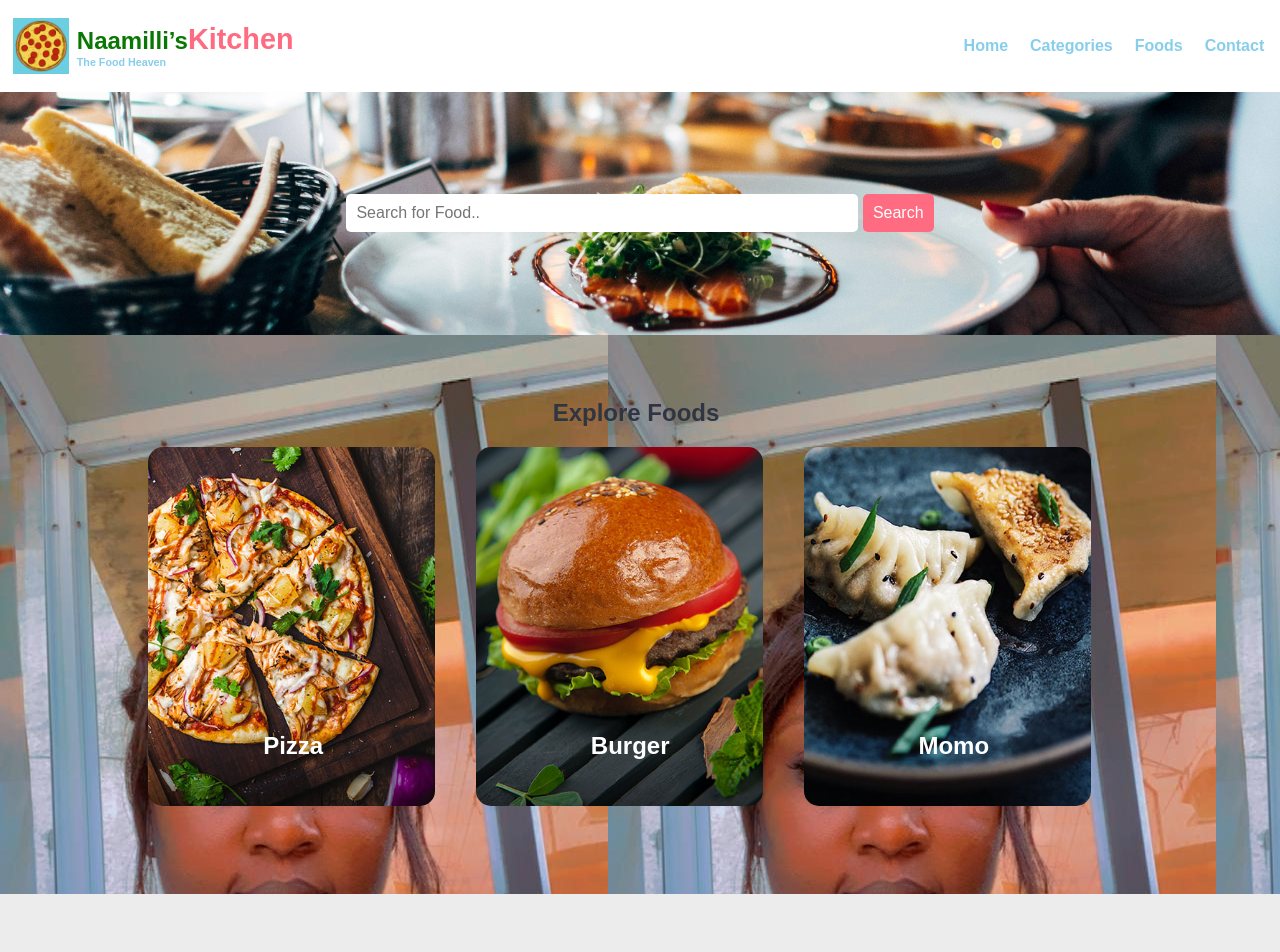
Repository: Saviour-Dagadu/Naamilli
Page: index.html
The author's editor kept a copy of each file at every save. The page is drawn from the files as they stood at one save, then again after the next save.
The browser window is 1280 px wide. The pictures show the part of the page from y = 0 to 952 px (the page is 2117 px tall).
A picture or video elsewhere on the page could not be fetched, so the positions and the page height are approximate.

Above is the page before, as saved 2024-12-03 18:03:10.

### index.html
<!DOCTYPE html>
<html lang="en">
<head>
    <meta charset="UTF-8">
    <!-- Important to make website responsive -->
    <meta name="viewport" content="width=device-width, initial-scale=1.0">
    <title>Restaurant Website</title>

    <!-- Link our CSS file -->
    <link rel="stylesheet" type="text/css" href="css/style.css">
</head>

<body>
    <!-- Navbar Section Starts Here -->
	<section class="navbar" style="display: flex; align-items: center; justify-content: space-between;">
        <div class="container" style="display: flex; width: 100%; justify-content: space-between; align-items: center;">
            <div class="logo" style="display: flex; align-items: center;">
                <a href="index.html" title="Logo" style="display: flex; align-items: center;">
                    <img src="images/giphy.gif" alt="" style="
                        width: 3.5rem; /* Adjust size to be similar to nav image */
                        height: 3.5rem; /* Adjust size to be similar to nav image */
                        margin-right: 0.5rem;">
                    <div>
                        <h2 style="margin: 0;">Naamilli’s<span>Kitchen</span></h2>
                        <h6 style="margin: 0;"><span>The Food Heaven</span></h6>
                    </div>
                </a>
            </div>

            <div class="menu text-right">
                <ul style="list-style: none; margin: 0; padding: 0; display: flex; justify-content: flex-end;">
                    <li style="margin-left: 1rem;">
                        <a href="index.html">Home</a>
                    </li>
                    <li style="margin-left: 1rem;">
                        <a href="categories.html">Categories</a>
                    </li>
                    <li style="margin-left: 1rem;">
                        <a href="foods.html">Foods</a>
                    </li>
                    <li style="margin-left: 1rem;">
                        <a href="contact.html">Contact</a>
                    </li>
                </ul>
            </div>
        </div>

        <div class="clearfix"></div>
    </section>

    <!-- Navbar Section Ends Here -->

    <!-- fOOD sEARCH Section Starts Here -->
    <section class="food-search text-center">
        <div class="container">

            <form action="underConstruction.html" method="POST">
                <input type="search" name="search" placeholder="Search for Food.." required>
                <input type="submit" name="submit" value="Search" class="btn btn-primary">
            </form>

        </div>
    </section>
    <!-- fOOD sEARCH Section Ends Here -->

    <!-- CAtegories Section Starts Here -->
    <section class="categories">
        <div class="container">
            <h2 class="text-center">Explore Foods</h2>

            <a href="category-foods.html">
            <div class="box-3 float-container">
                <img src="images/pizza.jpg" alt="Pizza" class="img-responsive img-curve">

                <h3 class="float-text text-white">Pizza</h3>
            </div>
            </a>

            <a href="#">
            <div class="box-3 float-container">
                <img src="images/burger.jpg" alt="Burger" class="img-responsive img-curve">

                <h3 class="float-text text-white">Burger</h3>
            </div>
            </a>

            <a href="#">
            <div class="box-3 float-container">
                <img src="images/momo.jpg" alt="Momo" class="img-responsive img-curve">

                <h3 class="float-text text-white">Momo</h3>
            </div>
            </a>

            <div class="clearfix"></div>
        </div>
    </section>
    <!-- Categories Section Ends Here -->

    <!-- fOOD MEnu Section Starts Here -->
    <section class="food-menu">
        <div class="container">
            <h2 class="text-center">Food Menu</h2>

            <div class="food-menu-box">
                <div class="food-menu-img">
                    <img src="images/menu-pizza.jpg" alt="Chicke Hawain Pizza" class="img-responsive img-curve">
                </div>

                <div class="food-menu-desc">
                    <h4>Pizza</h4>
                    <p class="food-price">Ghc 50</p>
                    <p class="food-detail">
                        Made with Italian Sauce, Chicken, and organice vegetables.
                    </p>
                    <br>

                    <a href="order.html" class="btn btn-primary">Order Now</a>
                </div>
            </div>

            <div class="food-menu-box">
                <div class="food-menu-img">
                    <img src="images/menu-burger.jpg" alt="Chicke Hawain Pizza" class="img-responsive img-curve">
                </div>

                <div class="food-menu-desc">
                    <h4>Smoky Burger</h4>
                    <p class="food-price">Ghc 20</p>
                    <p class="food-detail">
                        Made with Italian Sauce, Chicken, and organice vegetables.
                    </p>
                    <br>

                    <a href="#" class="btn btn-primary">Order Now</a>
                </div>
            </div>

            <div class="food-menu-box">
                <div class="food-menu-img">
                    <img src="images/menu-burger.jpg" alt="Chicke Hawain Burger" class="img-responsive img-curve">
                </div>

                <div class="food-menu-desc">
                    <h4>Nice Burger</h4>
                    <p class="food-price">Ghc 20</p>
                    <p class="food-detail">
                        Made with Italian Sauce, Chicken, and organize vegetables.
                    </p>
                    <br>

                    <a href="#" class="btn btn-primary">Order Now</a>
                </div>
            </div>



            <!-- <div class="food-menu-box">
                <div class="food-menu-img">
                    <img src="images/menu-pizza.jpg" alt="Chicke Hawain Pizza" class="img-responsive img-curve">
                </div>

                <div class="food-menu-desc">
                    <h4>Food Title</h4>
                    <p class="food-price">$2.3</p>
                    <p class="food-detail">
                        Made with Italian Sauce, Chicken, and organice vegetables.
                    </p>
                    <br>

                    <a href="#" class="btn btn-primary">Order Now</a>
                </div>
            </div> -->

            <div class="food-menu-box">
                <div class="food-menu-img">
                    <img src="images/menu-momo.jpg" alt="Chicke Hawain Momo" class="img-responsive img-curve">
                </div>

                <div class="food-menu-desc">
                    <h4>Chicken Steam Momo</h4>
                    <p class="food-price">Ghc 50</p>
                    <p class="food-detail">
                        Made with Italian Sauce, Chicken, and organice vegetables.
                    </p>
                    <br>

                    <a href="#" class="btn btn-primary">Order Now</a>
                </div>
            </div>


            <div class="clearfix"></div>



        </div>

        <p class="text-center">
            <a href="#">See All Foods</a>
        </p>
    </section>
    <!-- fOOD Menu Section Ends Here -->

    <!-- social Section Starts Here -->
<section class="social">
	<div class="container text-center">
		<ul>
			<li>
				<a href="https://www.facebook.com/saviou/"><img src="https://img.icons8.com/fluent/50/000000/facebook-new.png"/></a>
			</li>
			<li>
				<a href="https://www.instagram.com/saviour_dagadu/"><img src="https://img.icons8.com/fluent/48/000000/instagram-new.png"/></a>
			</li>
			<li>
				<a href="https://twitter.com/savicode"><img src="https://img.icons8.com/fluent/48/000000/twitter.png"/></a>
			</li>
		</ul>
	</div>
</section>
<!-- social Section Ends Here -->

<!-- footer Section Starts Here -->
<section class="footer">
	<div class="container text-center">
		<p>All rights reserved. Designed By <a href="https://saviourdagadu.netlify.app/">Saviour Dagadu</a></p>
	</div>
</section>
<!-- footer Section Ends Here -->

</body>
</html>

### css/style.css
/*
    Author: Vijay Thapa;
    Theme: Restaurant Food Order;
    version: 1.0;
*/

/* CSS for All */
*{
    margin: 0 0;
    padding: 0 0;
    font-family: Arial, Helvetica, sans-serif;
}
.container{
    width: 80%;
    margin: 0 auto;
    padding: 1%;
}
.img-responsive{
    width: 100%;
}
.img-curve{
    border-radius: 15px;
}

.text-right{
    text-align: right;
}
.text-center{
    text-align: center;
}
.text-left{
    text-align: left;
}
.text-white{
    color: white;
}

.clearfix{
    clear: both;
    float: none;
}

a{
    color: skyblue;
    text-decoration: none;
}
a:hover{
    color: #ff6b81;
}

.btn{
    padding: 1%;
    border: none;
    font-size: 1rem;
    border-radius: 5px;
}
.btn-primary{
    background-color: #ff6b81;
    color: white;
    cursor: pointer;
}
.btn-primary:hover{
    color: white;
    background-color: #ff4757;
}
h2{
    color: #2f3542;
    font-size: 2rem;
    margin-bottom: 2%;
}
h3{
    font-size: 1.5rem;
}
.float-container{
    position: relative;
}
.float-text{
    position: absolute;
    bottom: 50px;
    left: 40%;
}
fieldset{
    border: 1px solid white;
    margin: 5%;
    padding: 3%;
    border-radius: 5px;
}


/* CSSS for navbar section */

.logo{
    width: 10%;
    float: left;
}
.logo h2{
    color: rgb(10, 119, 5);
}
.logo h2:hover{
    color: rgb(10, 119, 5);
    font-style: italic;
}
.logo h2 span{
    color: #ff6b81;
    font-size: larger;
    font-weight:bolder;
}
.logo h2 span:hover{
    color: #ff4757;
    font-size: larger;
    font-weight:bolder;
}
.menu{
    line-height: 60px;
}
.menu ul{
    list-style-type: none;
}

.menu ul li{
    display: inline;
    padding: 1%;
    font-weight: bold;
}


/* CSS for Food SEarch Section */

.food-search{
    background-image: url(../images/jay-wennington-N_Y88TWmGwA-unsplash.jpg);
    background-size: cover;
    background-repeat: no-repeat;
    background-position: center;
    padding: 7% 0;
}

.food-search input[type="search"]{
    width: 50%;
    padding: 1%;
    font-size: 1rem;
    border: none;
    border-radius: 5px;
}


/* CSS for Categories */
.categories{
    padding: 4% 0;
    background-image: url(../images/Naamilli.jpg);
}

.box-3{
    width: 28%;
    float: left;
    margin: 2%;
}


/* CSS for Food Menu */
.food-menu{
    background-color: #ececec;
    padding: 4% 0;
}
.food-menu-box{
    width: 43%;
    margin: 1%;
    padding: 2%;
    float: left;
    background-color: white;
    border-radius: 15px;
}

.food-menu-img{
    width: 20%;
    float: left;
}

.food-menu-desc{
    width: 70%;
    float: left;
    margin-left: 8%;
}

.food-price{
    font-size: 1.2rem;
    margin: 2% 0;
}
.food-detail{
    font-size: 1rem;
    color: #747d8c;
}


/* CSS for Social */
.social ul{
    list-style-type: none;
}
.social ul li{
    display: inline;
    padding: 1%;
}

/* for Order Section */
.order{
    width: 50%;
    margin: 0 auto;
}
.input-responsive{
    width: 96%;
    padding: 1%;
    margin-bottom: 3%;
    border: none;
    border-radius: 5px;
    font-size: 1rem;
}
.order-label{
    margin-bottom: 1%;
    font-weight: bold;
}

/* Contact Section*/

#info{
    padding: 30px 0;
}

#info .container{
     display: flex;
}

#info .info{
    width: 28%;
    height: 300px;
    border-radius: 10px;
    overflow: hidden;

}

#info .info-text{
    border: 1px solid lightgray;
    padding: 10px;
}

#info .info-text h4{
    margin: 5px;
}

#info .info-text .info-text-call{
    margin-bottom: 20px;
}

#info .info-image{
margin-right: 10px;
overflow: hidden;
box-shadow: 0 0 5px #333;
transform: scale (1.04);
transition: all .4s ease-in-out;
}

#info .info-image:hover{
transform: translateY(-15px) scale(1.1);
box-shadow: 0 0 10px #333;
}
#info .info-image img{
max-width: 100%;
height: auto
}

#info .info-image:hover .info-image img{
opacity: 1;
}

       /* message Section */
#message{
    padding: 30px 0;
    background-color: lightgray;
}

#message .message-top{
    text-align: center;
    margin-bottom: 20px;
}

#message .message-top h3{
    text-transform: uppercase;
    margin: 0;
}

#message .message-top h3::after{
    content: "";
    display: block;
    width: 50px;
    height: 3px;
    background-color: gray;
    margin: 10px auto 0;
}

#message .message-bottom{
    color: black;
}

#message .message-bottom label{
    display: block;
    font-size: 17px;
    font-weight: 500;
    margin-bottom: 5px;
}

#message .message-bottom .form-group{
    margin-bottom: 10px;
}

#message .message-bottom .input{
    display: block;
    height: 40px;
    border-radius: 5px;
    border: 1px solid brown;
    padding-left: 10px;
    padding-right: 10px;
    width: 100%;
    font-size: 15px;
    font-family: 'Segoe UI', Tahoma, Geneva, Verdana, Sans-serif;
}

#message .message-bottom input,
#message .message-bottom textarea,
#message .message-bottom button{
    outline: none;
}

#message  textarea{
    width: 100%;
    height: 200px;
    border-radius: 5px;
    border: 1px solid brown;
    background-color: white;
    padding: 5px 10px;
    font: 15px 'Segoe UI', Tahoma, Geneva, Verdana, Sans-serif;
}

.navbar-brand {
    display: flex;
    align-items: center; /* Align items horizontally in the center */
    text-decoration: none; /* Removes default underline from the link */
    color: #333; /* Adjust text color as needed */
    /* background-image: url('../images/apple.gif'); Replace with the path to your image */
    background-size: cover;                          /* Ensures the image covers the entire div */
    background-position: center;                     /* Centers the image within the div */
    background-repeat: no-repeat;
}
.navbar-brand h2 {
    margin: 0;               /* Removes default margin */
    font-size: 2.5rem;
}

.navbar-brand h2 span{
    color: skyblue;
}

.navbar-brand i {
    display: block;          /* Ensures the i element is on a new line */
    margin: 0;               /* Removes default margin */
    font-size: 0.8rem;       /* Makes the text smaller */
    color: black;
}

.logo-img {
    width: 3.5rem; /* Adjust size as needed */
    height: 3.5rem; /* Adjust size as needed */
    margin-right: 0.5rem; /* Space between image and text */
}

.text-content {
    display: flex;
    flex-direction: column; /* Stack text elements vertically */
    justify-content: center; /* Center text vertically within container */
}

h2 {
    margin: 0; /* Remove default margin */
    font-size: 1.5rem; /* Adjust font size as needed */
    font-weight: bold;
    margin-right: 0.5rem; /* Space between h2 and h6 */
}



/* #message .message-bottom .btn{
    padding: 10px 20px;
    background-color: brown;
    text-transform: uppercase;
    font: 15px 'Segoe UI', Tahoma, Geneva, Verdana, Sans-serif;
    border: none;
    border-radius: 5px;
    font-weight: 500;
    color: #fff;
    cursor: pointer;
} */


/* CSS for Mobile Size or Smaller Screen */

@media only screen and (max-width:768px){
    .logo{
        width: 80%;
        float: none;
        margin: 1% auto;
    }

    .menu ul{
        text-align: center;
    }

    .food-search input[type="search"]{
        width: 90%;
        padding: 2%;
        margin-bottom: 3%;
    }

    .btn{
        width: 91%;
        padding: 2%;
    }

    .food-search{
        padding: 10% 0;
    }

    .categories{
        padding: 20% 0;
    }
    h2{
        margin-bottom: 10%;
    }
    .box-3{
        width: 100%;
        margin: 4% auto;
    }

    .food-menu{
        padding: 20% 0;
    }

    .food-menu-box{
        width: 90%;
        padding: 5%;
        margin-bottom: 5%;
    }
    .social{
        padding: 5% 0;
    }
    .order{
        width: 100%;
    }
}

After the next save:
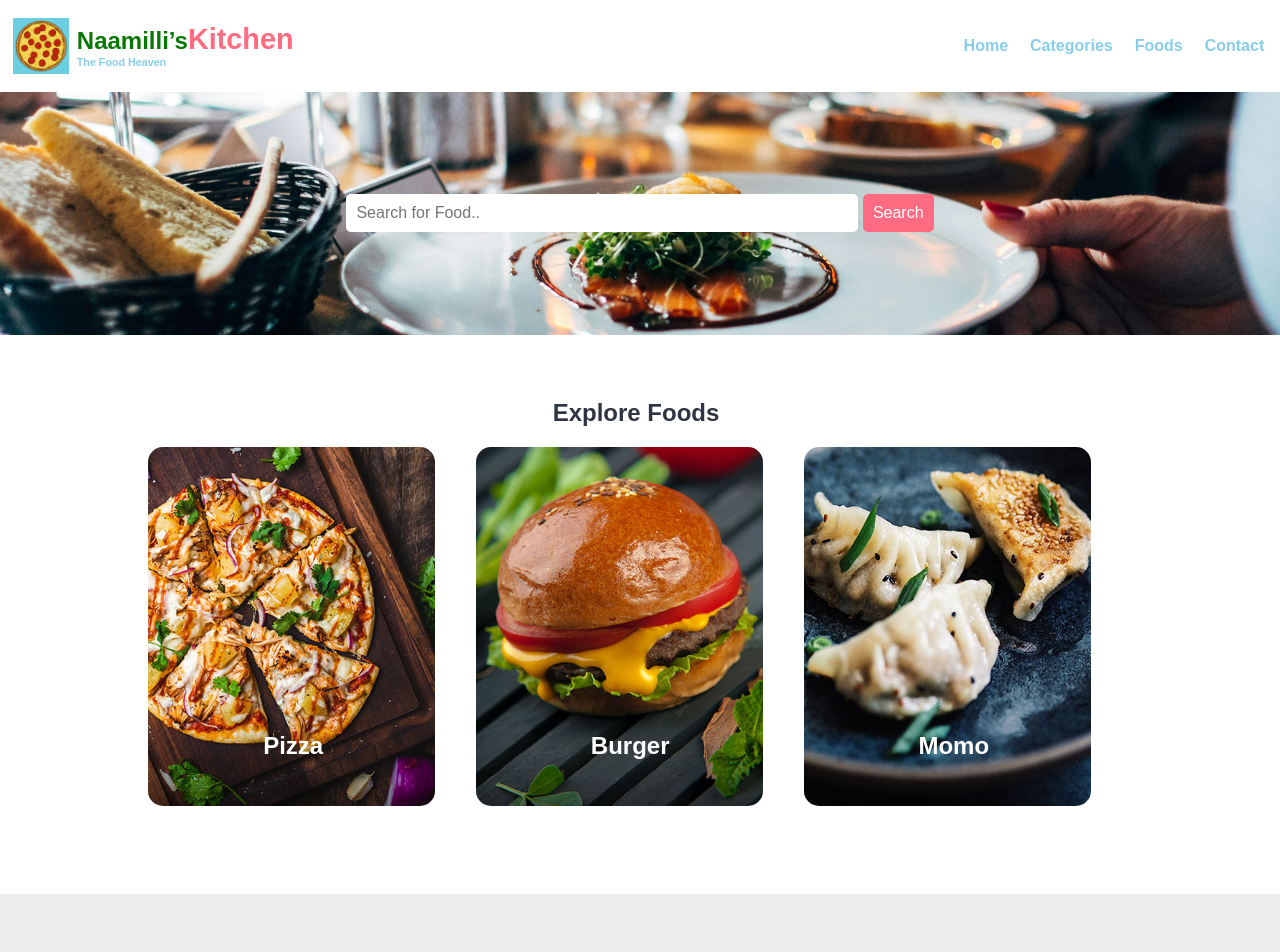
Saved 22 s later.
--- a/css/style.css
+++ b/css/style.css
@@ -146,7 +146,6 @@ fieldset{
 /* CSS for Categories */
 .categories{
     padding: 4% 0;
-    background-image: url(../images/Naamilli.jpg);
 }
 
 .box-3{
